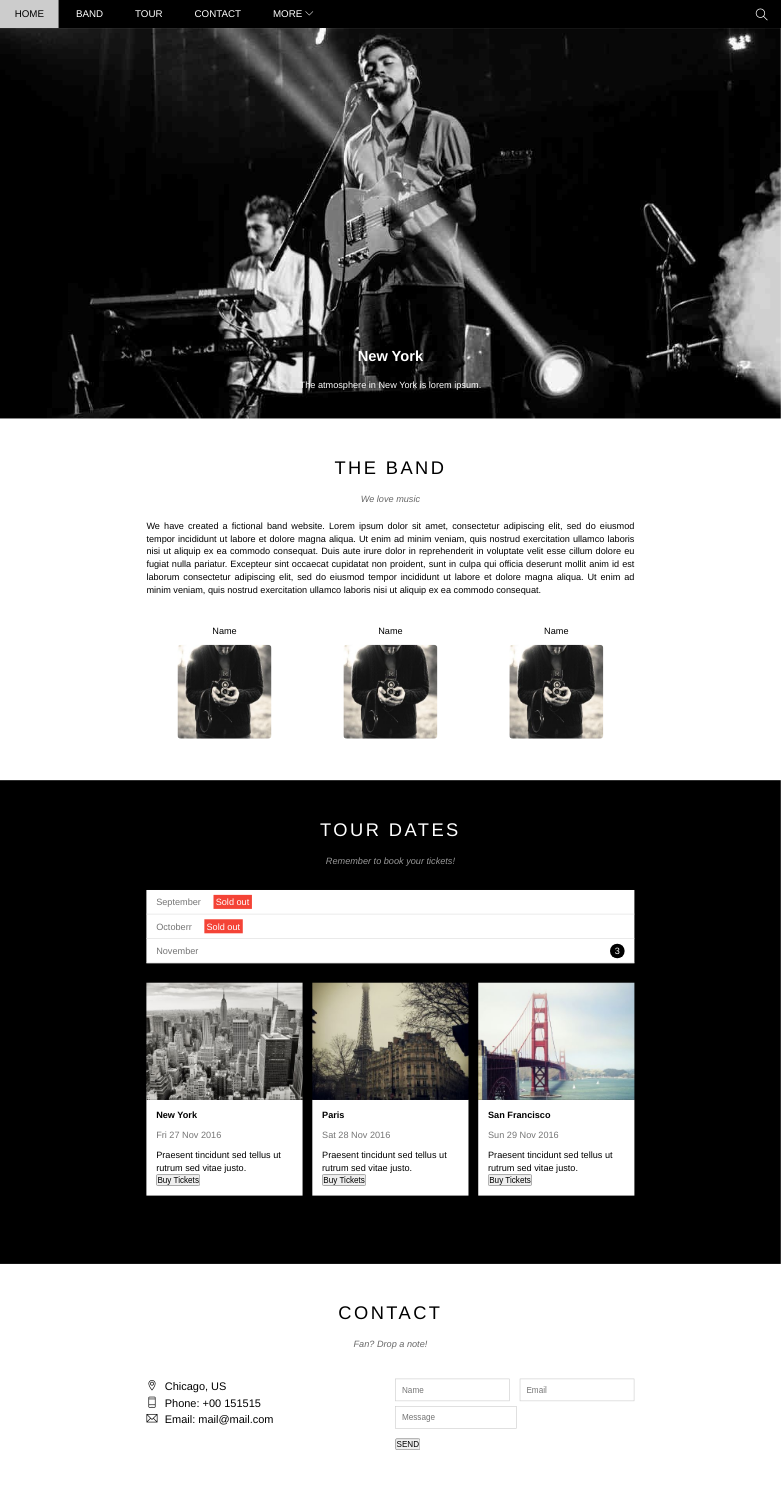
Repository: vophuocthanh/phuocthanhk03
Page: index.html
These files come from the project's save history. The page is drawn as it stood at one moment and after the next save; the edit follows.
The browser window is 1280 px wide. The pictures show the whole page, at 61% of full size.

Above is the page before, as saved 2022-03-27 13:52:23.

After the next save:
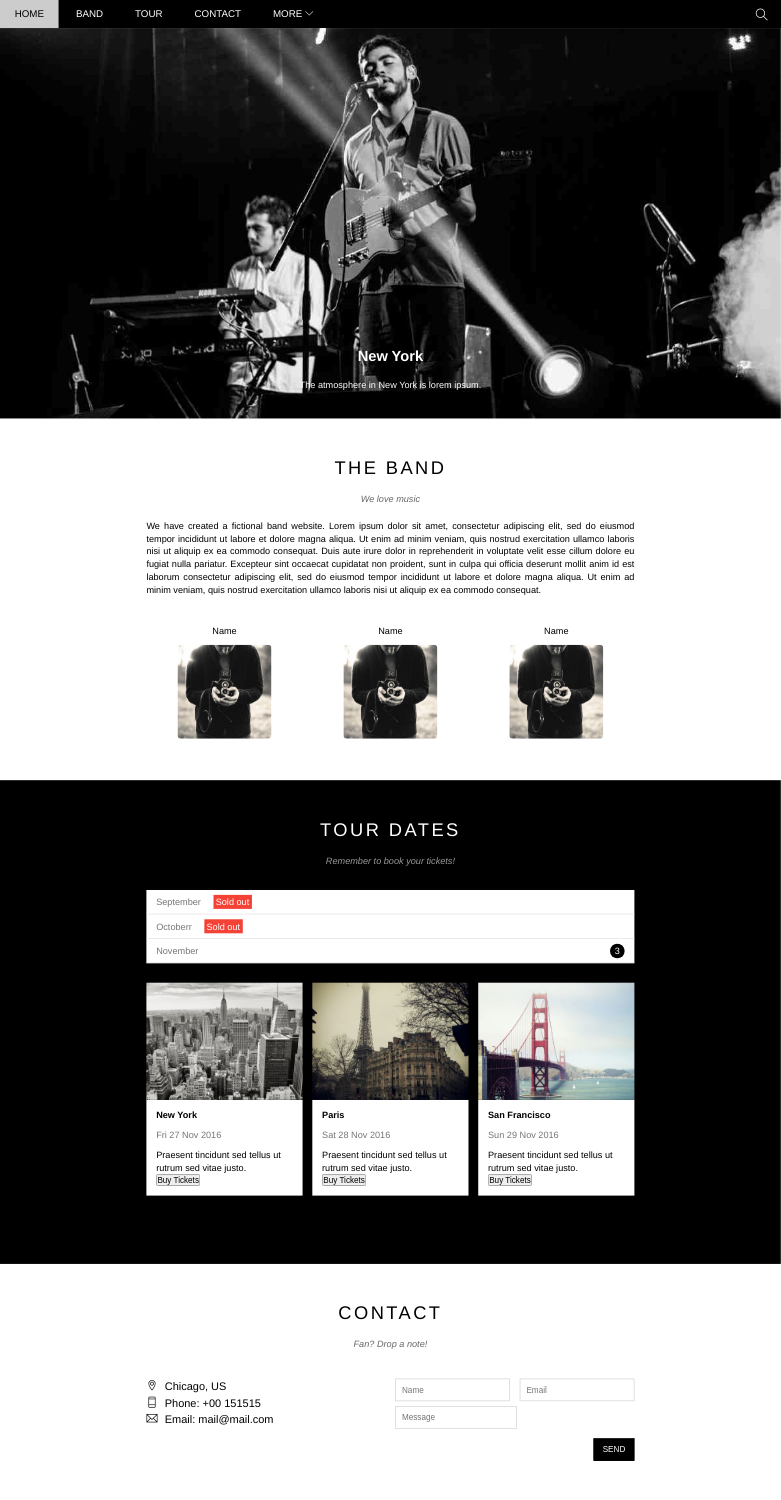
Saved 28 s later.
--- a/asset/css/style.css
+++ b/asset/css/style.css
@@ -346,14 +346,13 @@ html {
     width: 100%;
 }
 
-
-/* .contact-form .form-submit-btn {
+.contact-form .form-submit-btn {
     background-color: #000;
     color: #fff;
     border: 1px solid #000;
     padding: 10px 14px;
     float: right;
-} */
+}
 
 
 /* Foote section */
